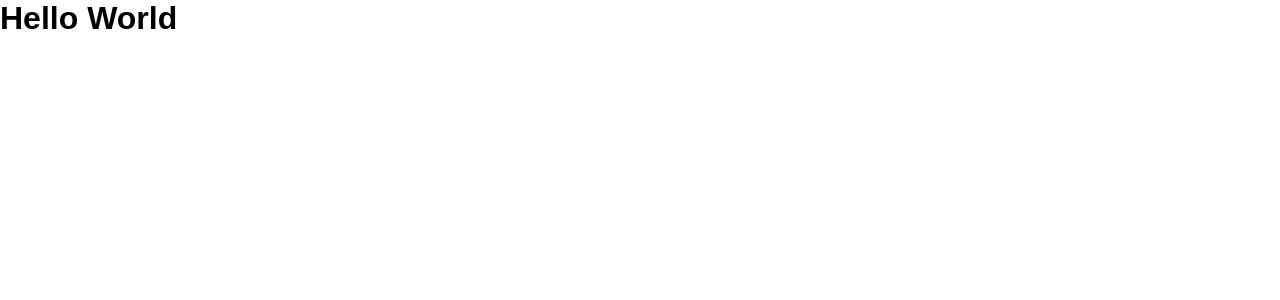
Repository: WelyntonRenan/buscador-cep
Page: / (app in buscador/)
An editor plug-in stored every save of this project. The page is shown before and after the next save, followed by the edit.
The browser window is 1280 px wide. The pictures show the whole page.
The project was rebuilt for these pictures with package versions that can differ from the ones it lists, and the page was loaded fresh each time.

Above is the page before, as saved 2022-11-13 23:10:30.

### buscador/public/index.html
<!DOCTYPE html>
<html lang="en">

<head>
  <meta charset="utf-8" />
  <link rel="icon" href="%PUBLIC_URL%/favicon.ico" />
  <meta name="viewport" content="width=device-width, initial-scale=1" />
  <meta name="theme-color" content="#000000" />
  <meta name="description" content="Web site created using create-react-app" />
  <link rel="apple-touch-icon" href="%PUBLIC_URL%/logo192.png" />
  <!--
      manifest.json provides metadata used when your web app is installed on a
      user's mobile device or desktop. See https://developers.google.com/web/fundamentals/web-app-manifest/
    -->
  <link rel="manifest" href="%PUBLIC_URL%/manifest.json" />
  <!--
      Notice the use of %PUBLIC_URL% in the tags above.
      It will be replaced with the URL of the `public` folder during the build.
      Only files inside the `public` folder can be referenced from the HTML.

      Unlike "/favicon.ico" or "favicon.ico", "%PUBLIC_URL%/favicon.ico" will
      work correctly both with client-side routing and a non-root public URL.
      Learn how to configure a non-root public URL by running `npm run build`.
    -->
  <title>Buscador</title>
</head>

<body>
  <noscript>You need to enable JavaScript to run this app.</noscript>
  <div id="root"></div>
  <!--
      This HTML file is a template.
      If you open it directly in the browser, you will see an empty page.

      You can add webfonts, meta tags, or analytics to this file.
      The build step will place the bundled scripts into the <body> tag.

      To begin the development, run `npm start` or `yarn start`.
      To create a production bundle, use `npm run build` or `yarn build`.
    -->
</body>

</html>

### buscador/src/App.js
function App() {
  return (
    <div className="Container">
      <h1>Hello World</h1>
    </div>
  );
}

export default App;

Loaded but not shown: buscador/src/index.js (common file); buscador/src/index.css (common file)

After the next save:
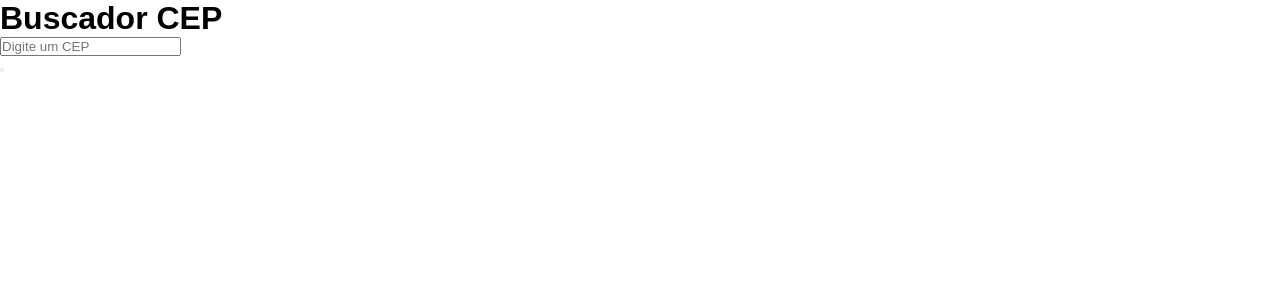
Saved 7 min 13 s later.
--- a/buscador/src/App.js
+++ b/buscador/src/App.js
@@ -1,7 +1,16 @@
 function App() {
   return (
     <div className="Container">
-      <h1>Hello World</h1>
+      <h1 className="title">Buscador CEP</h1>
+
+      <div className="containerInput">
+        <input
+          type="text"
+          placeholder="Digite um CEP"
+        />
+      </div>
+
+      <button className="buttonSearch"></button>
     </div>
   );
 }
